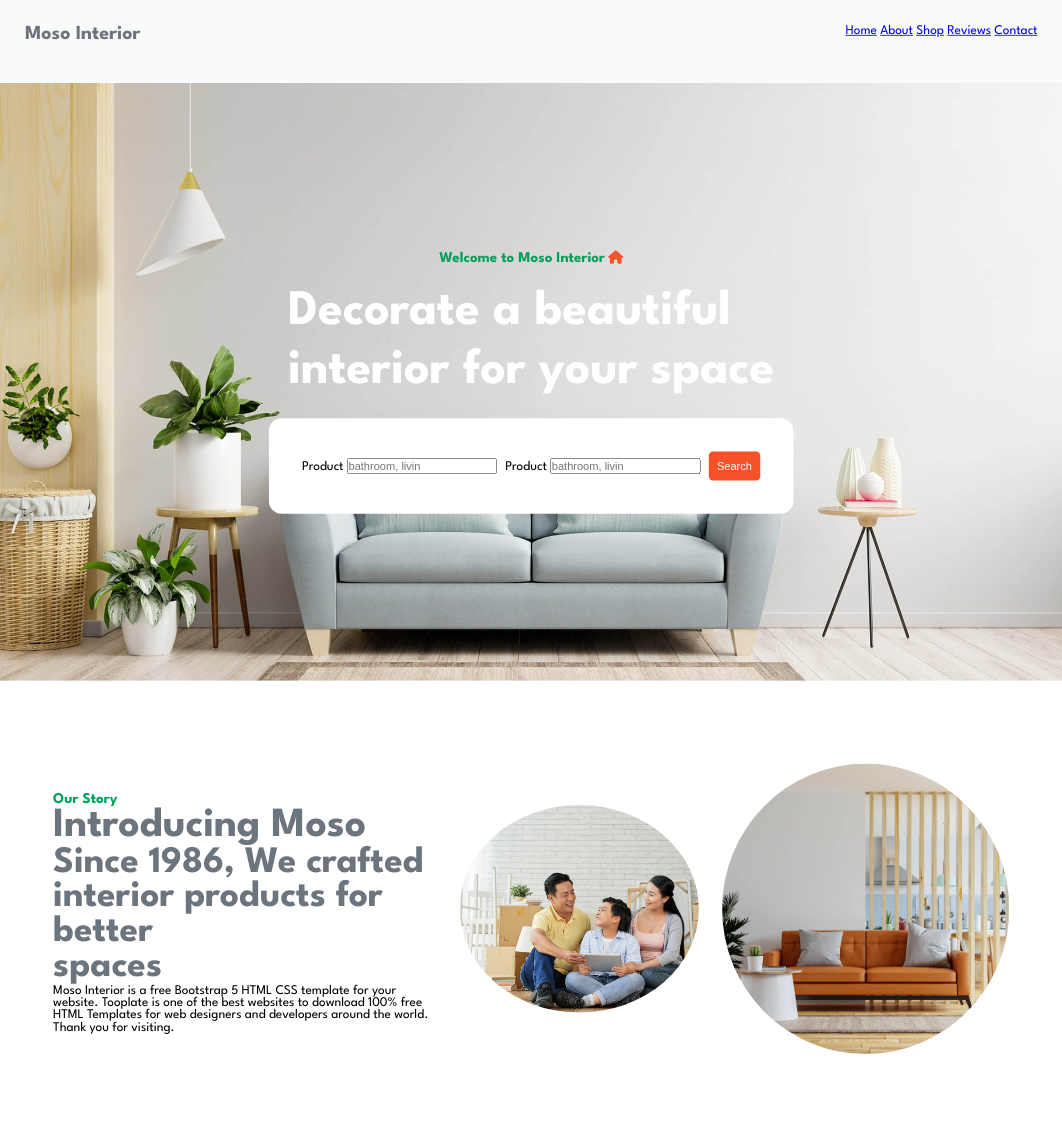
Repository: mariamnabil23/furniture
Page: index.html
These files come from the project's save history. The page is drawn as it stood at one moment and after a run of saves; the edit follows.
The browser window is 1280 px wide. The pictures show the whole page, at 83% of full size.
Some web fonts or font styles are not loaded; a fallback is used.

Above is the page before, as saved 2024-10-30 16:20:13.

After the next 2 saves:
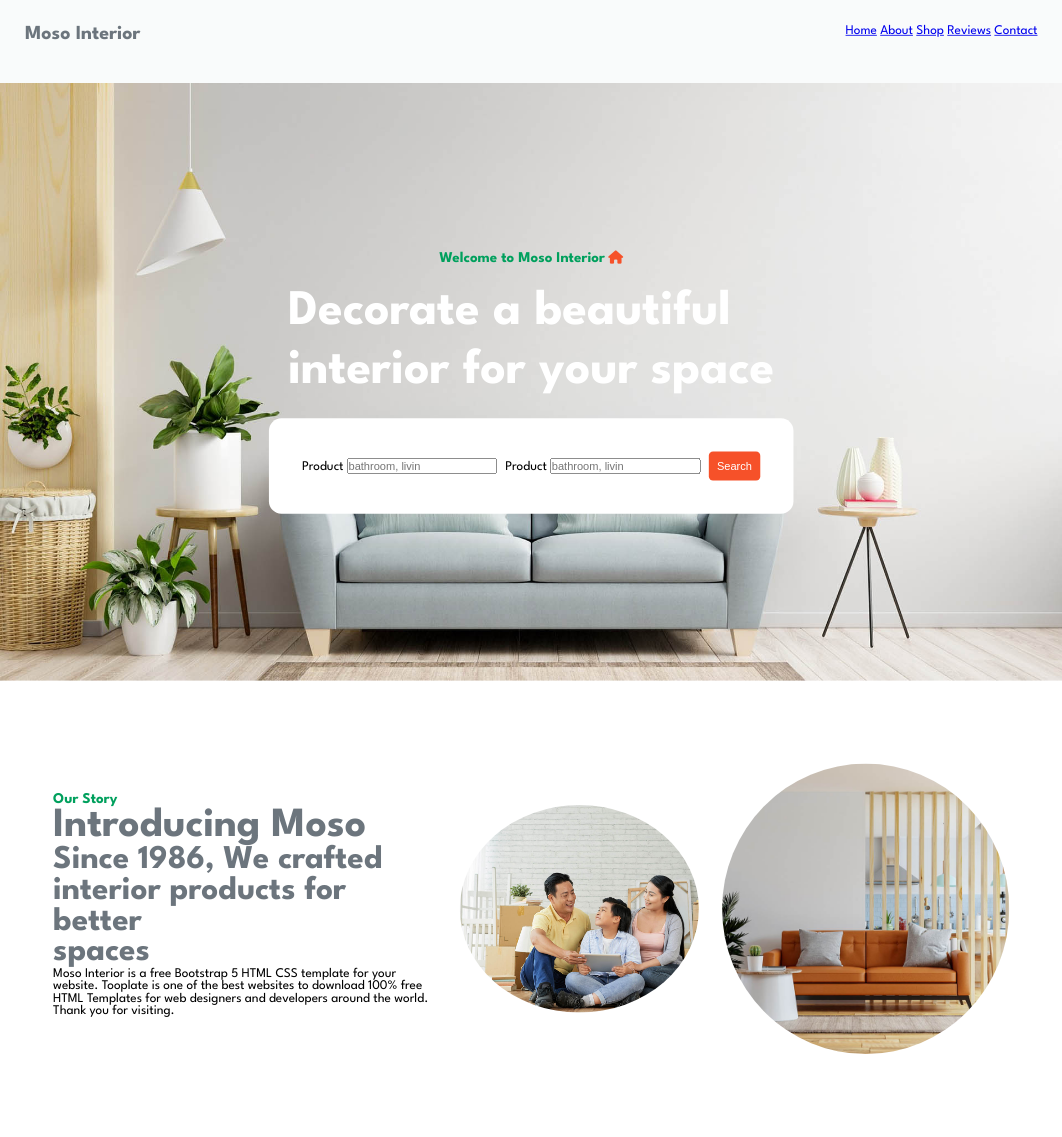
The 2 saves are shown as one change because they came seconds apart.
The last was saved 71 s later.
--- a/style.css
+++ b/style.css
@@ -135,5 +135,6 @@ ul{
     font-size: 50px;
 }
 .about .left h2{
-    font-size: 45px;
+    font-size: 40px;
+
 }
